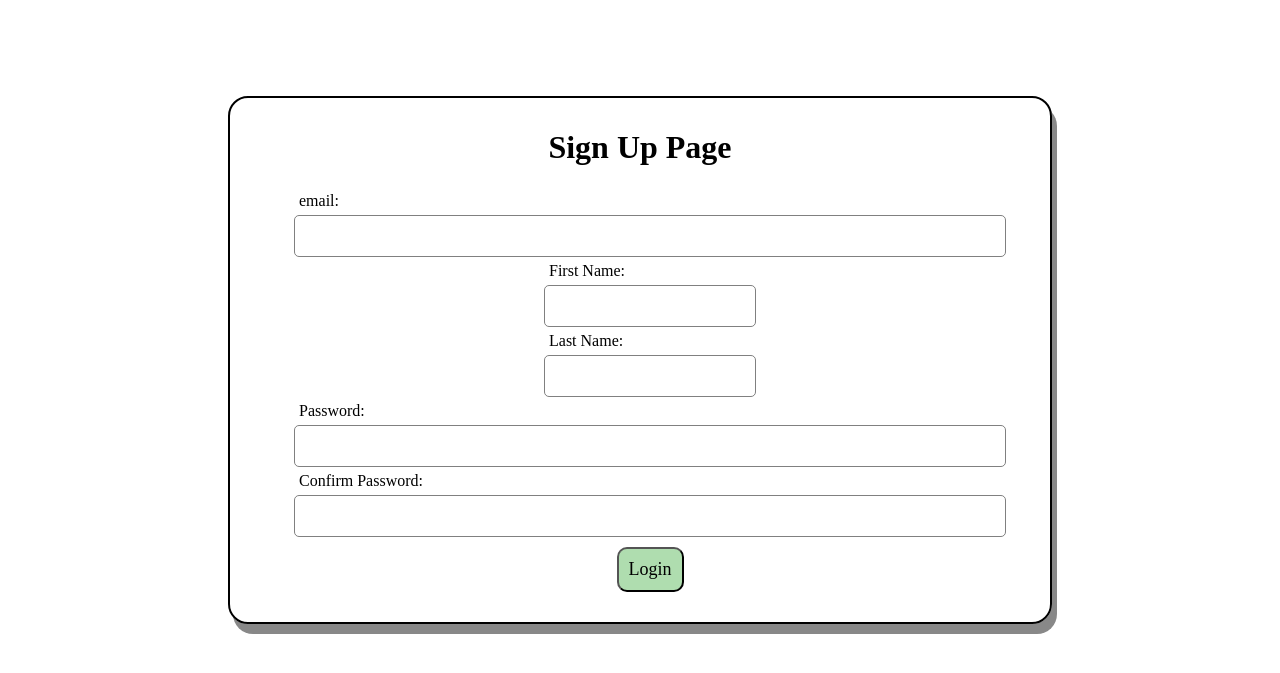
Repository: anjalipatel-dev/web-dev-learning-journey
Page: 03_html_css_ui_pages/signUp_ui/signup.html
The author's editor kept a copy of each file at every save. The page is drawn from the files as they stood at one save, then again after the next save.
The browser window is 1280 px wide. The pictures show the whole page.

Above is the page before, as saved 2025-10-04 04:59:35.

After the next save:
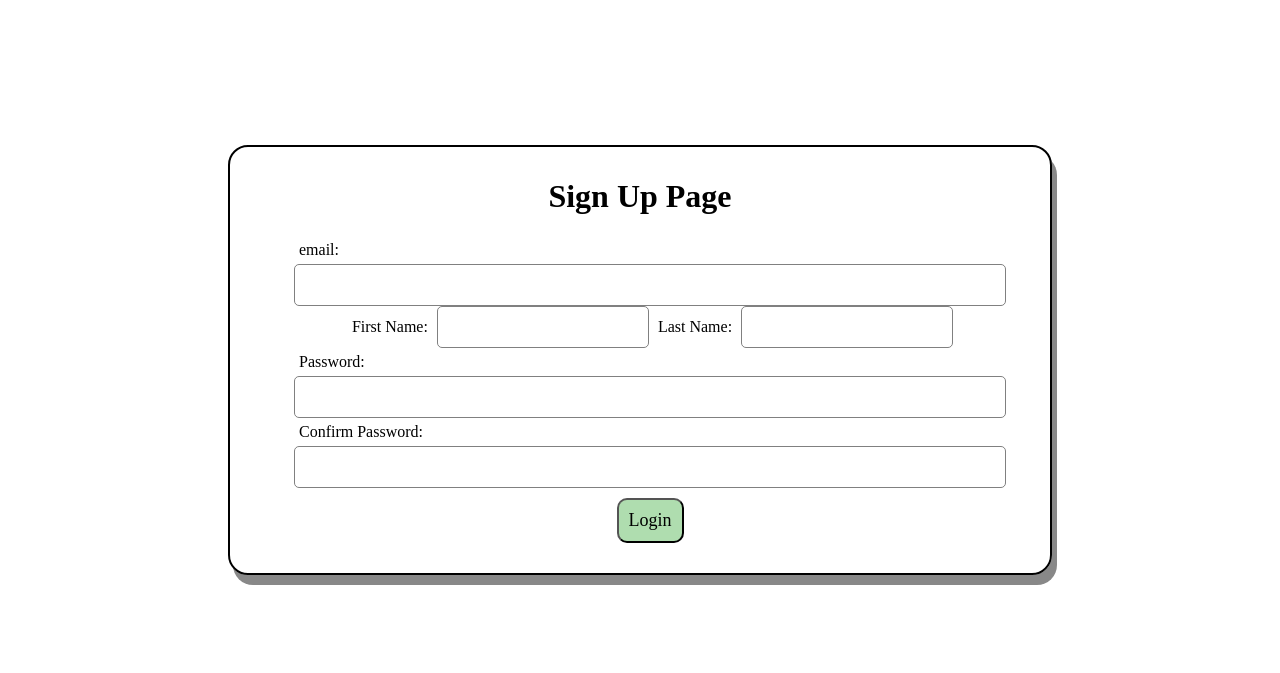
Saved 99 s later.
--- a/03_html_css_ui_pages/signUp_ui/signup.html
+++ b/03_html_css_ui_pages/signUp_ui/signup.html
@@ -15,9 +15,9 @@
             <input  type="email" id="email" name="email" required>
             </diV>
             <div>
-                <label for="firstname">First Name:</label>
+                <label style="display: inline;" for="firstname">First Name:</label>
                 <input style="width: 200px;" type="text" id="firstname" name="firstname" required>
-                <label for="lastname">Last Name:</label>
+                <label style="display: inline;" for="lastname">Last Name:</label>
                 <input style="width: 200px;" type="text" id="lastname" name="lastname" required>
             </div>
             <div>
